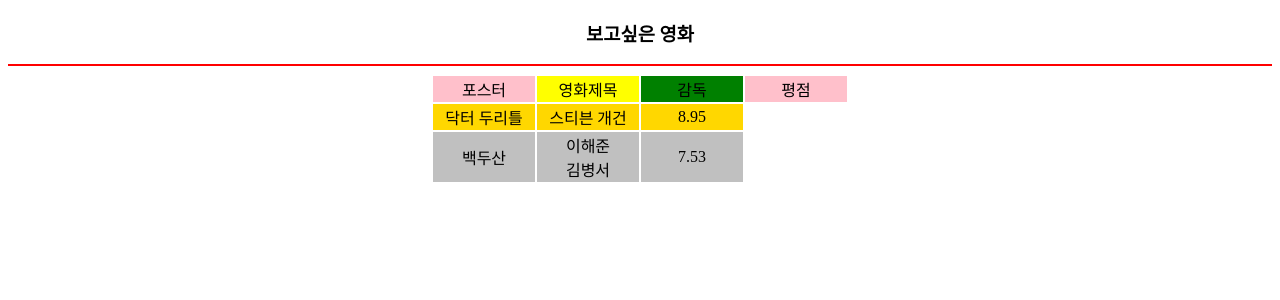
Repository: ujin2021/jsp_study
Page: jsp01/WebContent/table.html
The author's editor kept a copy of each file at every save. The page is drawn from the files as they stood at one save, then again after the next save.
The browser window is 1280 px wide. The pictures show the whole page.

Above is the page before, as saved 2020-01-11 08:51:11.

### jsp01/WebContent/table.html
<!DOCTYPE html>
<html>
<head>
<meta charset="EUC-KR">
<title>Insert title here</title>
</head>
<body>
<center>
<h3>보고싶은 영화</h3>
<hr color="red">
</center>
<!-- 1.테두리를 만든다<table> -->
<!-- 2.행을 만든다 <tr> -->
<!-- 3.칸을 정의한다<td> -->
<!-- 한줄복사->ctrl+alt+화살표아래 -->
<table align="center">
	<tr align="center">
		<td width="100" bgcolor="pink">포스터</td>
		<td width="100" bgcolor="yellow">영화제목</td>
		<td width="100" bgcolor="green">감독</td>
		<td width="100" bgcolor="pink">평점</td>
	</tr>
	<tr align="center" bgcolor="gold">
		<td width="100">닥터 두리틀</td>
		<td width="100">스티븐 개건</td>
		<td width="100">8.95</td>
	</tr>
	<tr align="center" bgcolor="silver">
		<td width="100">백두산</td>
		<td width="100">이해준<br>김병서</td>
		<td width="100">7.53</td>
	</tr>
</table>
</body>
</html>

After the next save:
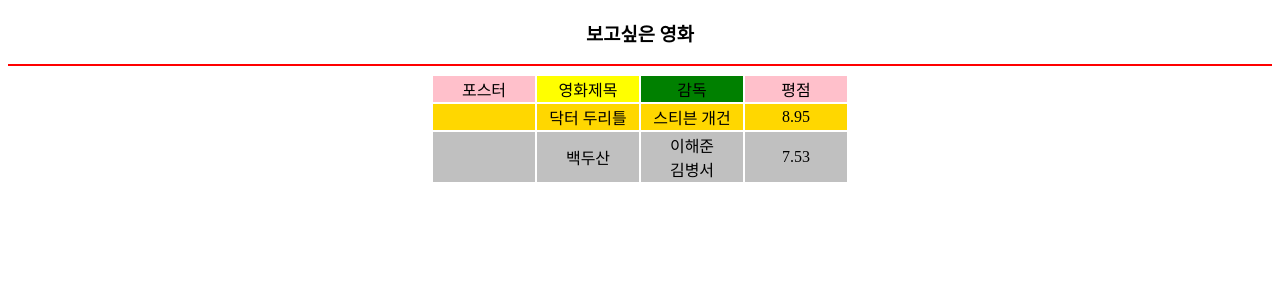
Saved 20 s later.
--- a/jsp01/WebContent/table.html
+++ b/jsp01/WebContent/table.html
@@ -21,11 +21,13 @@
 		<td width="100" bgcolor="pink">평점</td>
 	</tr>
 	<tr align="center" bgcolor="gold">
+		<td width="100"></td>
 		<td width="100">닥터 두리틀</td>
 		<td width="100">스티븐 개건</td>
 		<td width="100">8.95</td>
 	</tr>
 	<tr align="center" bgcolor="silver">
+		<td width="100"></td>
 		<td width="100">백두산</td>
 		<td width="100">이해준<br>김병서</td>
 		<td width="100">7.53</td>
